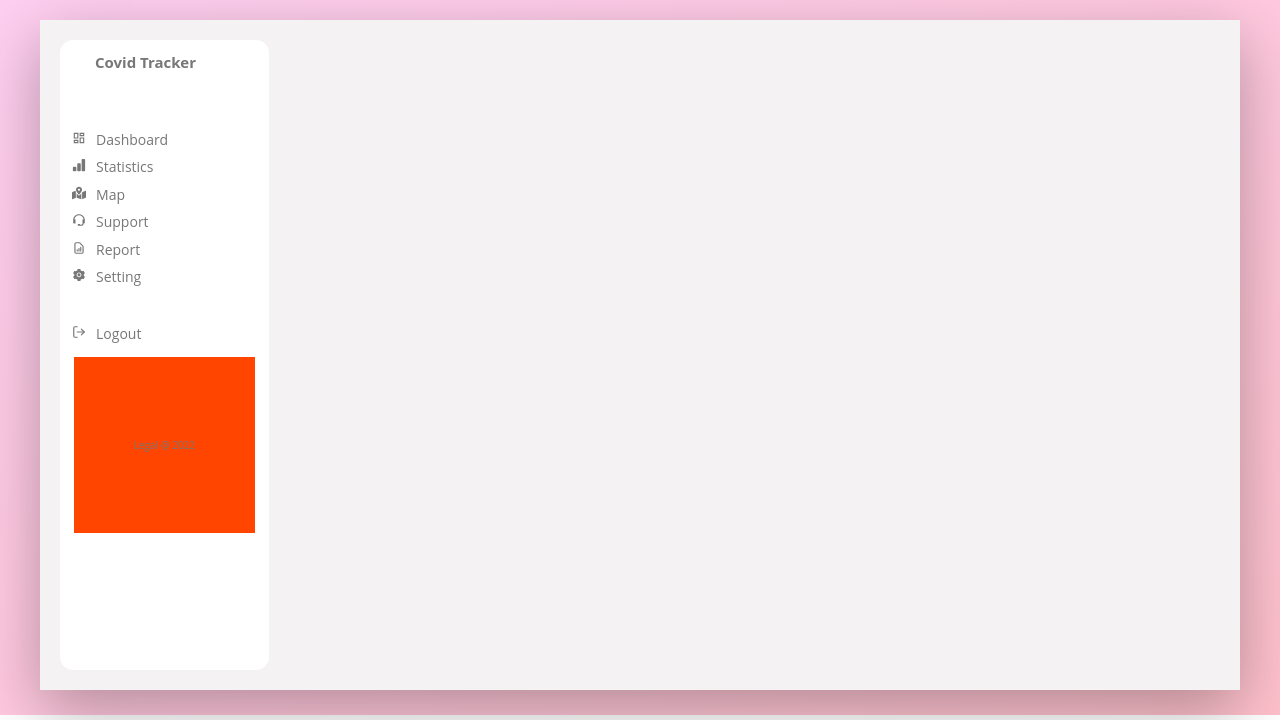
Repository: okidijimmy200/CovidAdminTracker
Page: /
These files come from the project's save history. The page is drawn as it stood at one moment and after the next save; the edit follows.
The browser window is 1280 px wide. The pictures show the whole page.
The project was rebuilt for these pictures with package versions that can differ from the ones it lists, and the page was loaded fresh each time.

Above is the page before, as saved 2022-06-16 12:12:14.

After the next save:
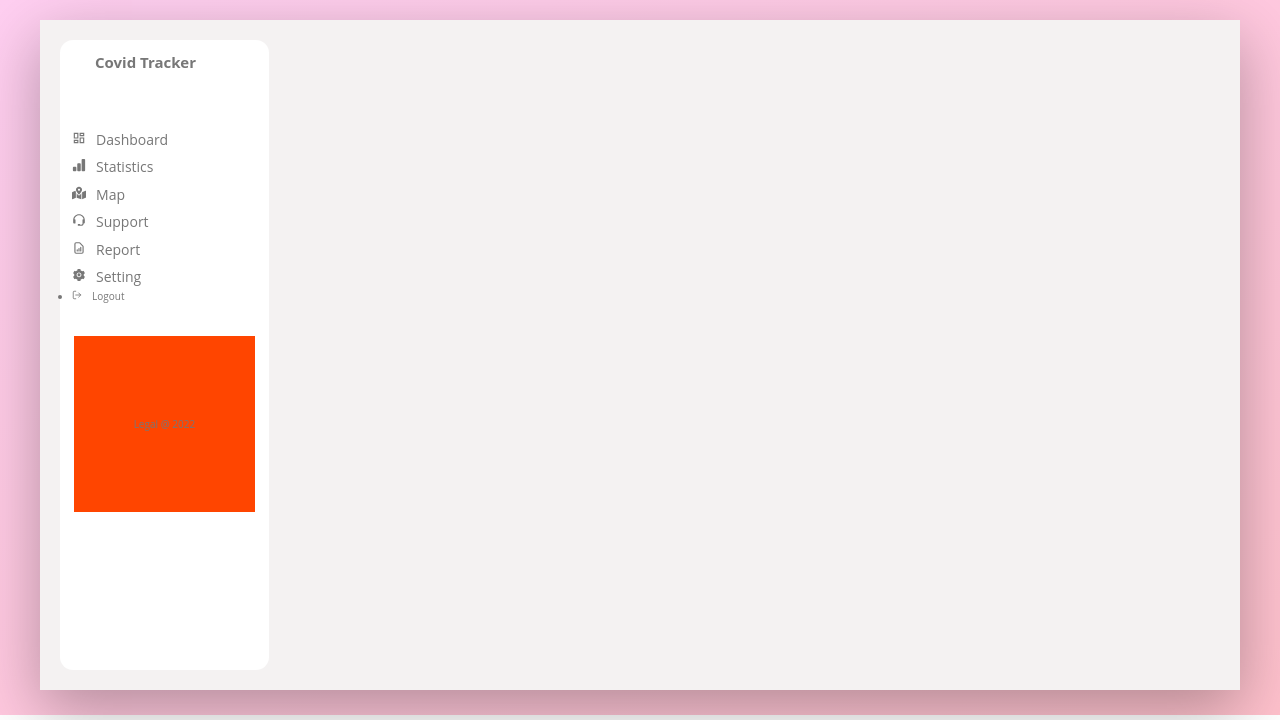
Saved 2 min 0 s later.
--- a/src/sidebar/sidebar.tsx
+++ b/src/sidebar/sidebar.tsx
@@ -69,7 +69,7 @@ export default function sidebar() {
         </ul>
             </div>
             <div>
-                <ul className="side-nav">
+                <ul className="side-nav__1">
                 <li className="side-nav__item">
                 <span className="side-nav__icon">
                         {/* <use xlink:href="img/sprite.svg#icon-map"></use> */}
